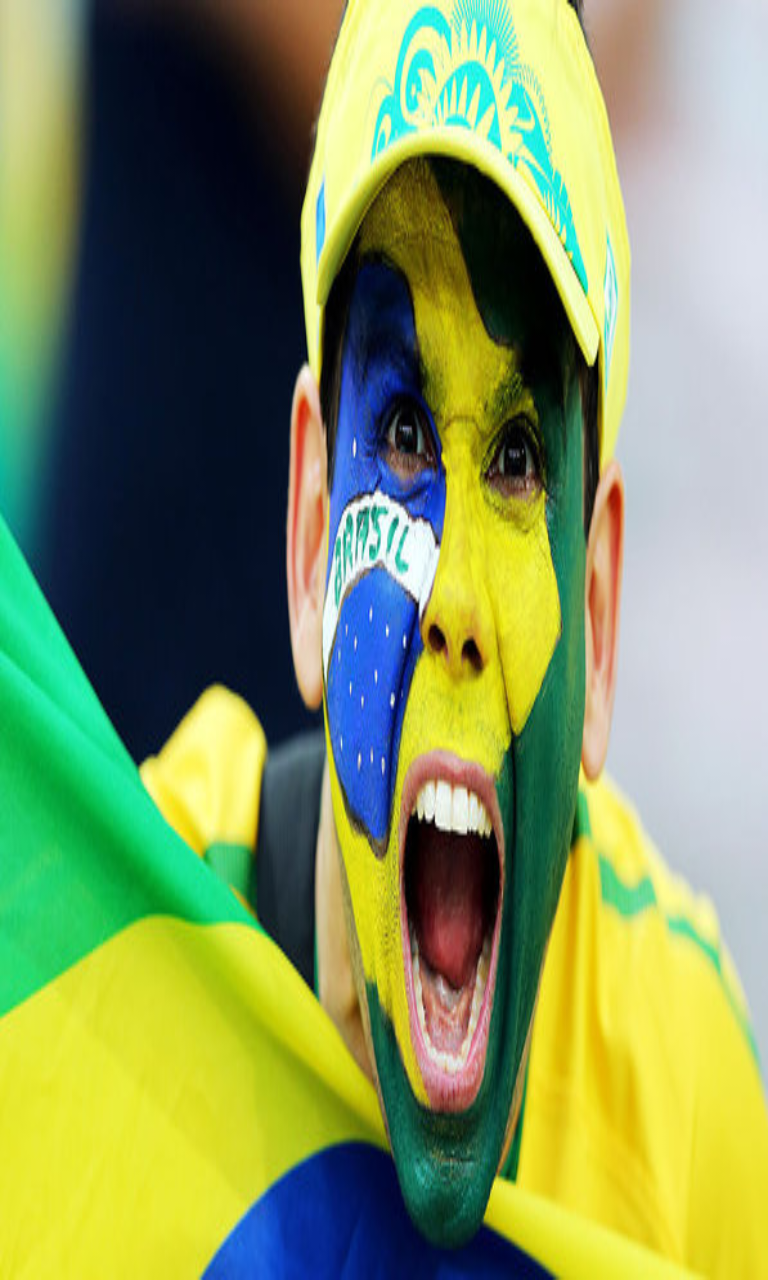
Repository: wellingtondessuy/AppLearning
Layout: HappyApp/res/layout/fragment_1.xml
These files come from the project's save history. The layout is drawn as it stood at one moment and after the next save; the edit follows.
It is drawn on a 768 x 1280 px phone screen (xhdpi) without system bars, with theme AppTheme; the app's code is not run.

Above is the layout before, as saved 2015-05-22 13:18:43.

After the next save:
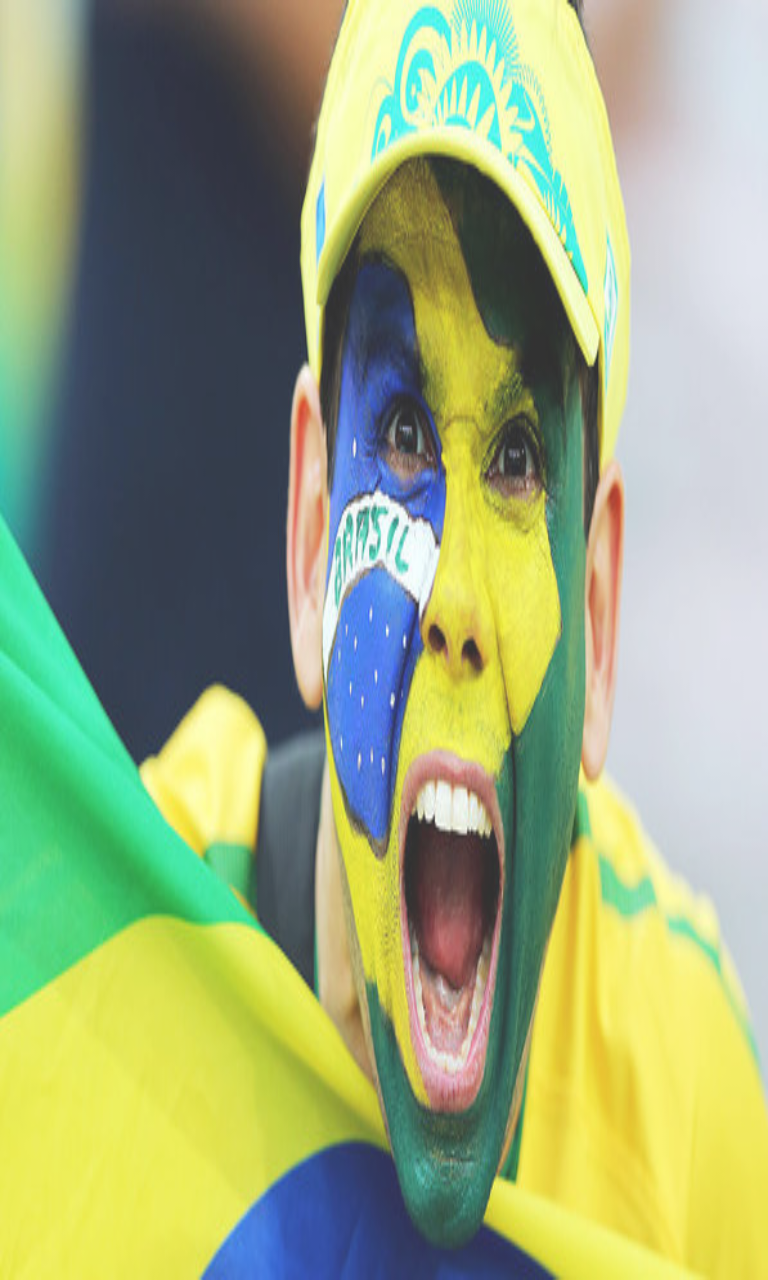
Saved 2 min 10 s later.
--- a/HappyApp/res/layout/fragment_1.xml
+++ b/HappyApp/res/layout/fragment_1.xml
@@ -7,6 +7,7 @@
     android:paddingRight="@dimen/activity_horizontal_margin"
     android:paddingTop="@dimen/activity_vertical_margin"
     android:background="@drawable/back_1"
+    android:alpha="0.8"
     tools:context="com.example.happyapp.MainActivity$PlaceholderFragment" >
 
 </RelativeLayout>
